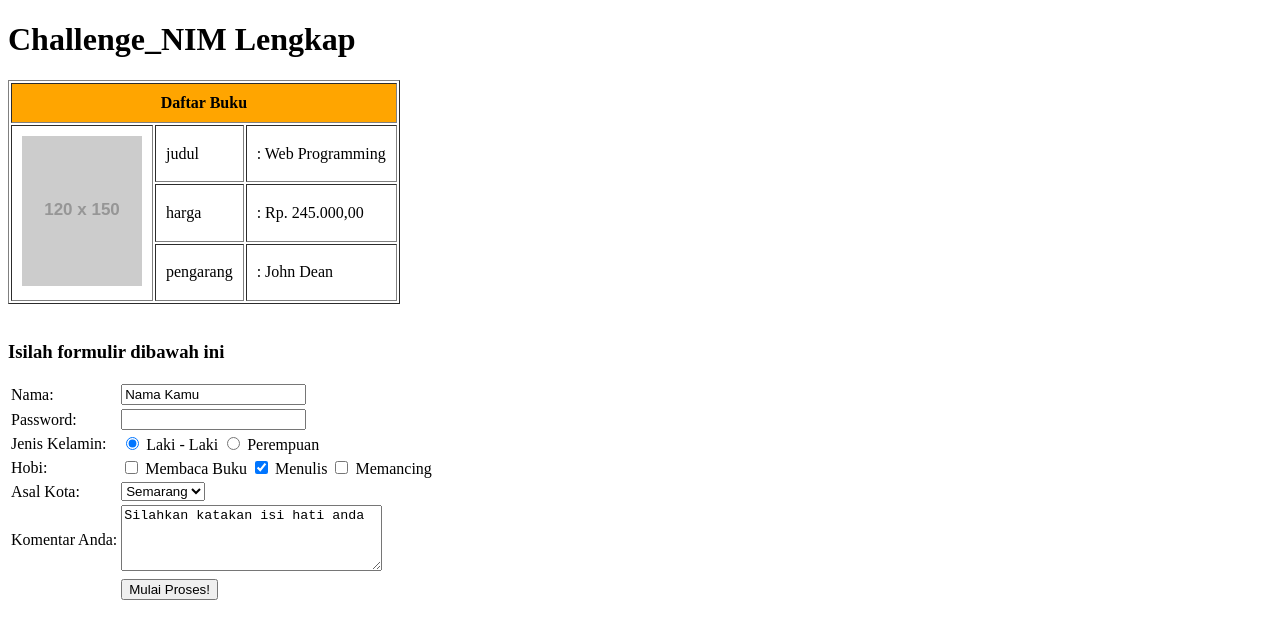
Repository: Deka-al/helloworld
Page: Challange_24116123.html
An editor plug-in stored every save of this project. The page is shown before and after a run of saves, followed by the edit.
The browser window is 1280 px wide. The pictures show the whole page.

Above is the page before, as saved 2026-04-20 09:33:25.

After the next 2 saves:
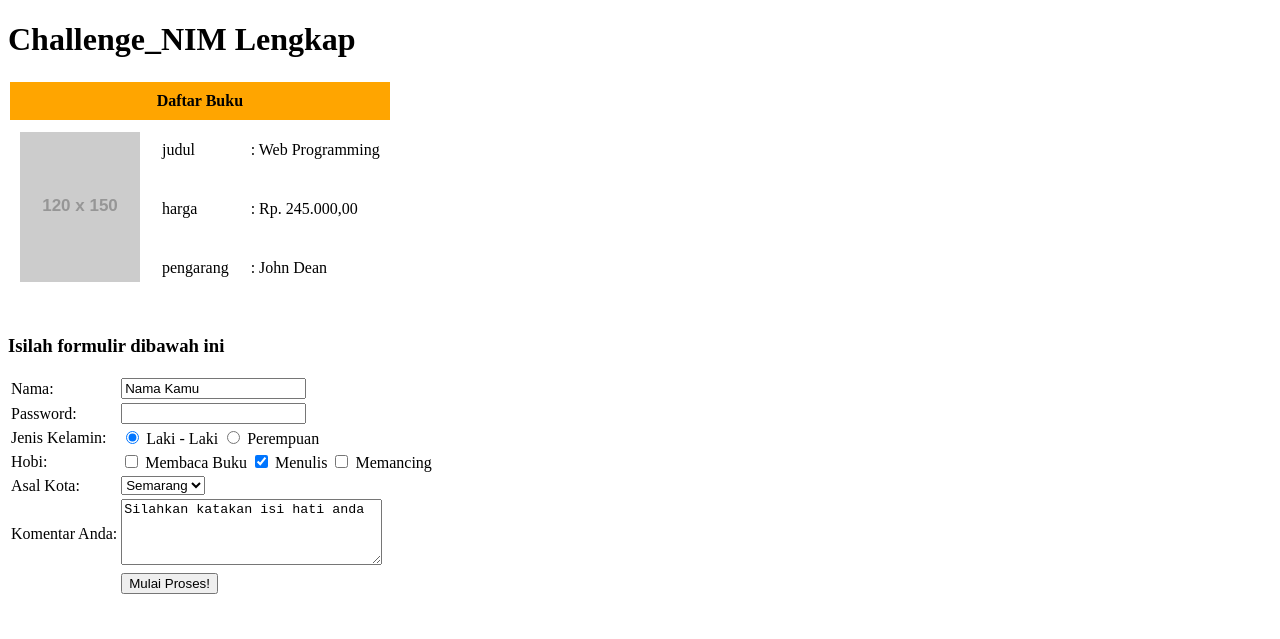
The 2 saves are shown as one change because they came seconds apart.
The last was saved 18 s later.
--- a/Challange_24116123.html
+++ b/Challange_24116123.html
@@ -9,7 +9,7 @@
     <h1>Challenge_NIM Lengkap</h1>
 
     <!-- Tabel Daftar Buku -->
-    <table border="1" cellpadding="10">
+    <table backgrorder="1" cellpadding="10">
         <tr bgcolor="orange">
             <th colspan="3">Daftar Buku</th>
         </tr>

After the 2 saves that followed:
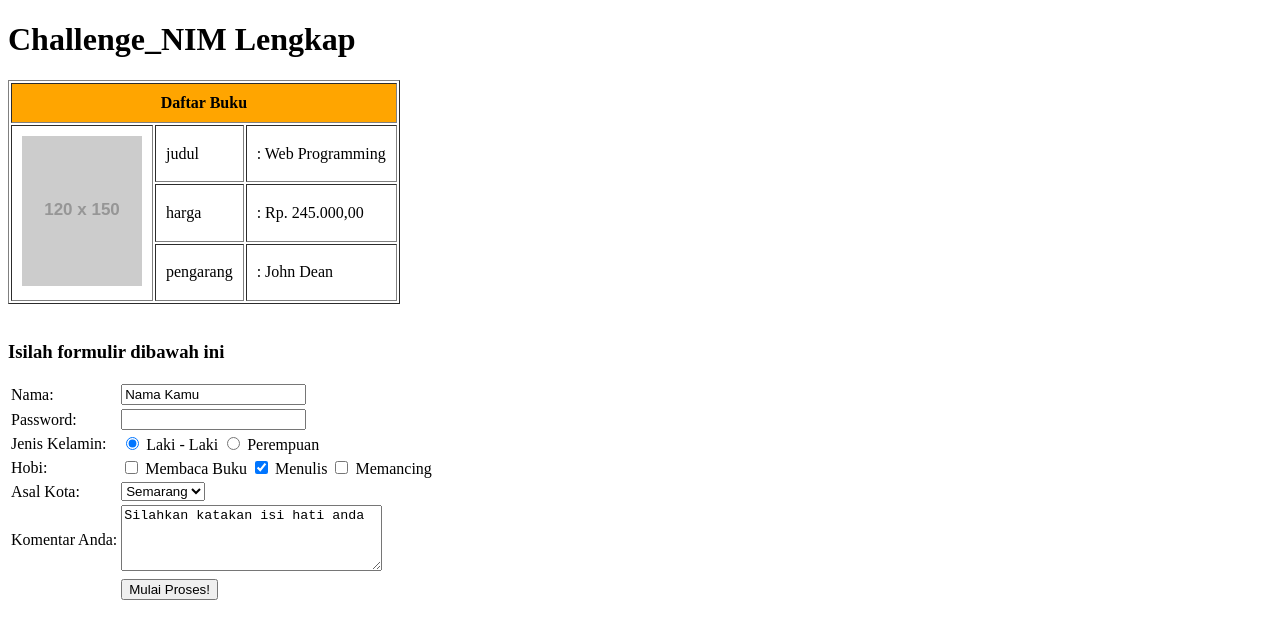
The 2 saves are shown as one change because 1 left the picture as it was.
The last was saved 9 s later.
--- a/Challange_24116123.html
+++ b/Challange_24116123.html
@@ -9,7 +9,7 @@
     <h1>Challenge_NIM Lengkap</h1>
 
     <!-- Tabel Daftar Buku -->
-    <table backgrorder="1" cellpadding="10">
+    <table border="1" cellpadding="10">
         <tr bgcolor="orange">
             <th colspan="3">Daftar Buku</th>
         </tr>
